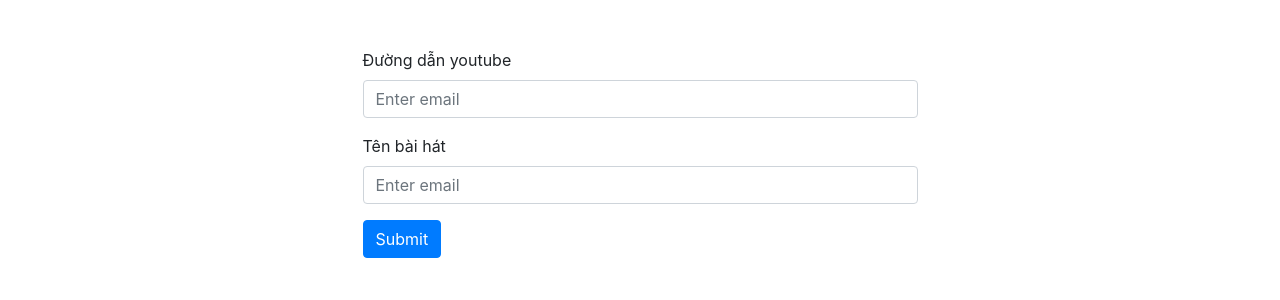
Repository: phamvuhung2710/sound-express
Page: http://localhost/download
These files come from the project's save history. The page is drawn as it stood at one moment and after the next save; the edit follows.
The browser window is 1280 px wide. The pictures show the whole page.
The page is served by the project's Node server (server.js).

Above is the page before, as saved 2022-08-04 22:10:25.

After the next save:
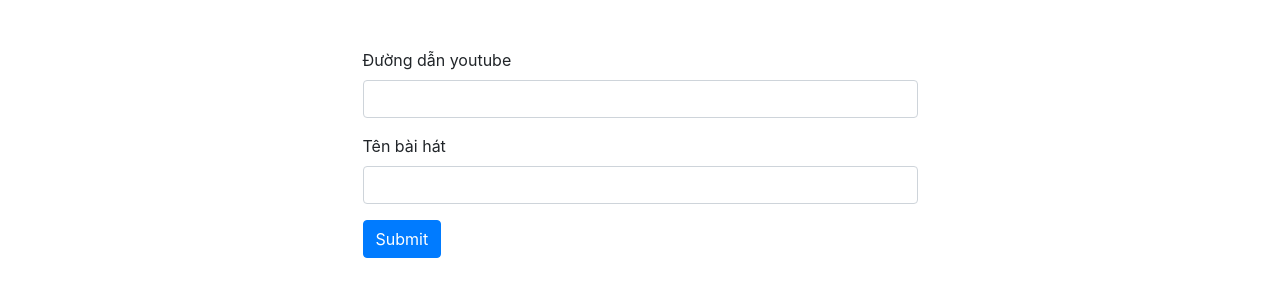
Saved 18 s later.
--- a/views/download.ejs
+++ b/views/download.ejs
@@ -17,23 +17,11 @@
       <form class="mt-5 mx-auto" style="width: 50%">
         <div class="form-group">
           <label for="exampleInputEmail1">Đường dẫn youtube</label>
-          <input
-            type="email"
-            class="form-control"
-            id="exampleInputEmail1"
-            aria-describedby="emailHelp"
-            placeholder="Enter email"
-          />
+          <input type="text" class="form-control" id="exampleInputEmail1" />
         </div>
         <div class="form-group">
           <label for="exampleInputEmail1">Tên bài hát</label>
-          <input
-            type="text"
-            class="form-control"
-            id="exampleInputEmail1"
-            aria-describedby="emailHelp"
-            placeholder="Enter email"
-          />
+          <input type="text" class="form-control" id="exampleInputEmail1" />
         </div>
         <button type="submit" class="btn btn-primary">Submit</button>
       </form>
